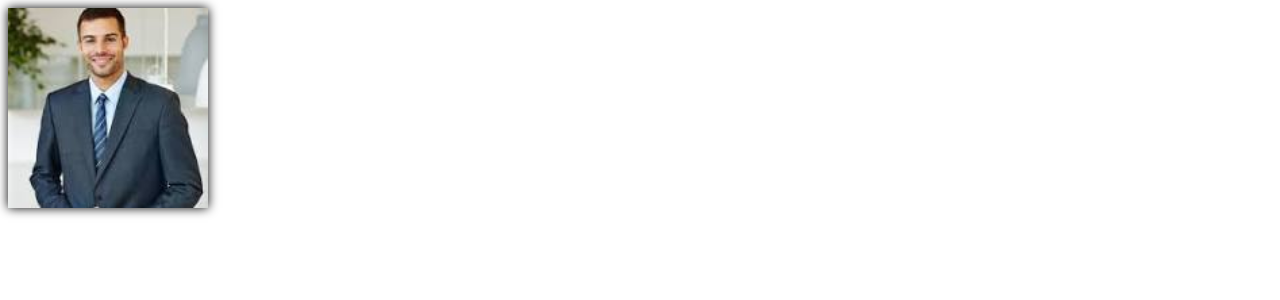
Repository: arindamslt/JEECoding
Page: JEE_FRONTEND/src/main/webapp/09ProfileCSS.html
An editor plug-in stored every save of this project. The page is shown before and after the next save, followed by the edit.
The browser window is 1280 px wide. The pictures show the whole page.

Above is the page before, as saved 2025-07-15 06:52:27.

### JEE_FRONTEND/src/main/webapp/09ProfileCSS.html
<!DOCTYPE html>
<html>
<head>
<meta charset="ISO-8859-1">
<title>PROFILE DESIGN</title>
<style>
	#mainContainer{
		/*background-color: red;*/
		display: flex;
	}
	#lfContainer{
		/*background-color: blue;*/
		width:30%;
		img{
			box-shadow: 0px 0px 10px black;
		}
	}
	#rtContainer{
		/*background-color: gray;*/
		width:70%;
	}
</style>
</head>
<body>
<div id="mainContainer">

	<div id="lfContainer">
		<img src="data:[embedded picture, 5739 characters]"
		height="200px"
		width="200px"
		alt="NO IMAGE"/>
	</div>
	<div id="rtContainer">

	</div>
</div>
</body>
</html>

After the next save:
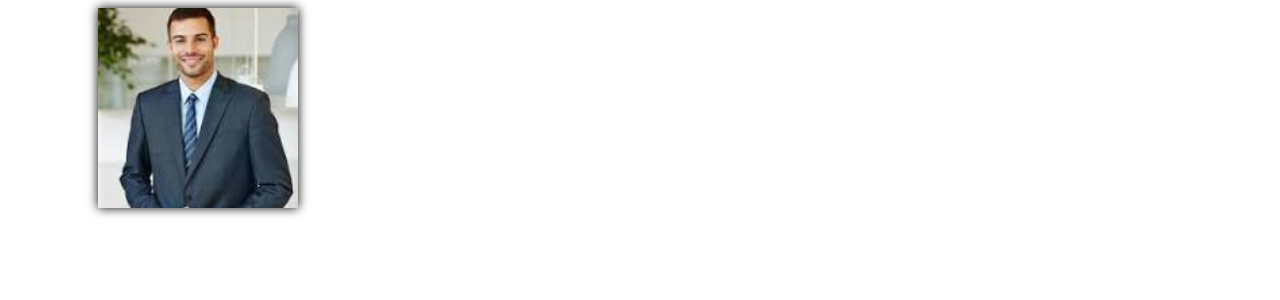
Saved 39 s later.
--- a/JEE_FRONTEND/src/main/webapp/09ProfileCSS.html
+++ b/JEE_FRONTEND/src/main/webapp/09ProfileCSS.html
@@ -11,6 +11,7 @@
 	#lfContainer{
 		/*background-color: blue;*/
 		width:30%;
+		text-align: center;
 		img{
 			box-shadow: 0px 0px 10px black;
 		}

After the save that followed:
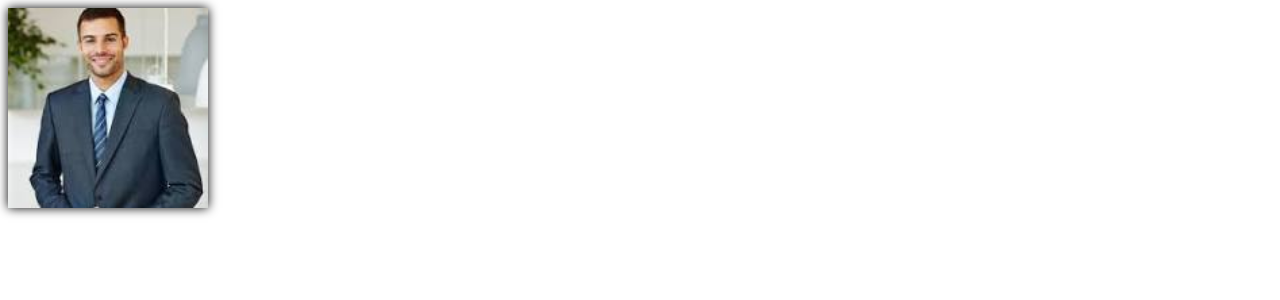
Saved 13 s later.
--- a/JEE_FRONTEND/src/main/webapp/09ProfileCSS.html
+++ b/JEE_FRONTEND/src/main/webapp/09ProfileCSS.html
@@ -11,7 +11,7 @@
 	#lfContainer{
 		/*background-color: blue;*/
 		width:30%;
-		text-align: center;
+
 		img{
 			box-shadow: 0px 0px 10px black;
 		}
